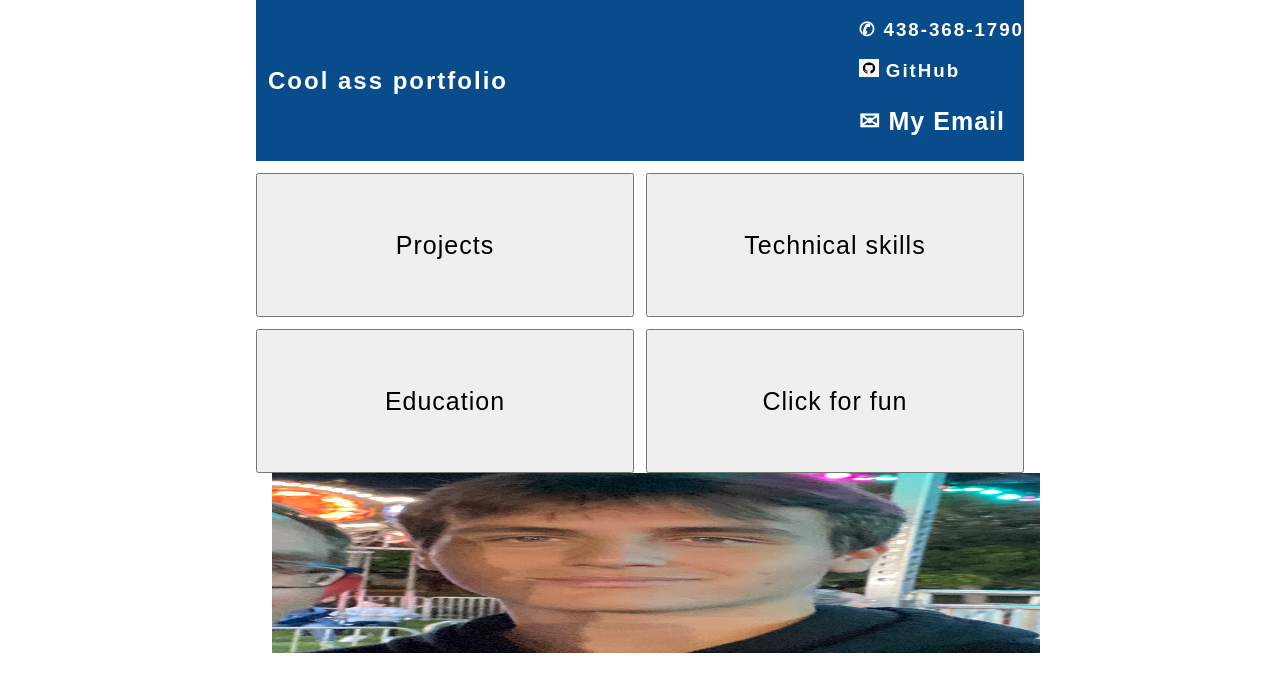
Repository: zackaroo20/zackaroo20
Page: index.html
An editor plug-in stored every save of this project. The page is shown before and after the next save, followed by the edit.
The browser window is 1280 px wide. The pictures show the whole page.

Above is the page before, as saved 2026-05-13 11:18:48.

After the next save:
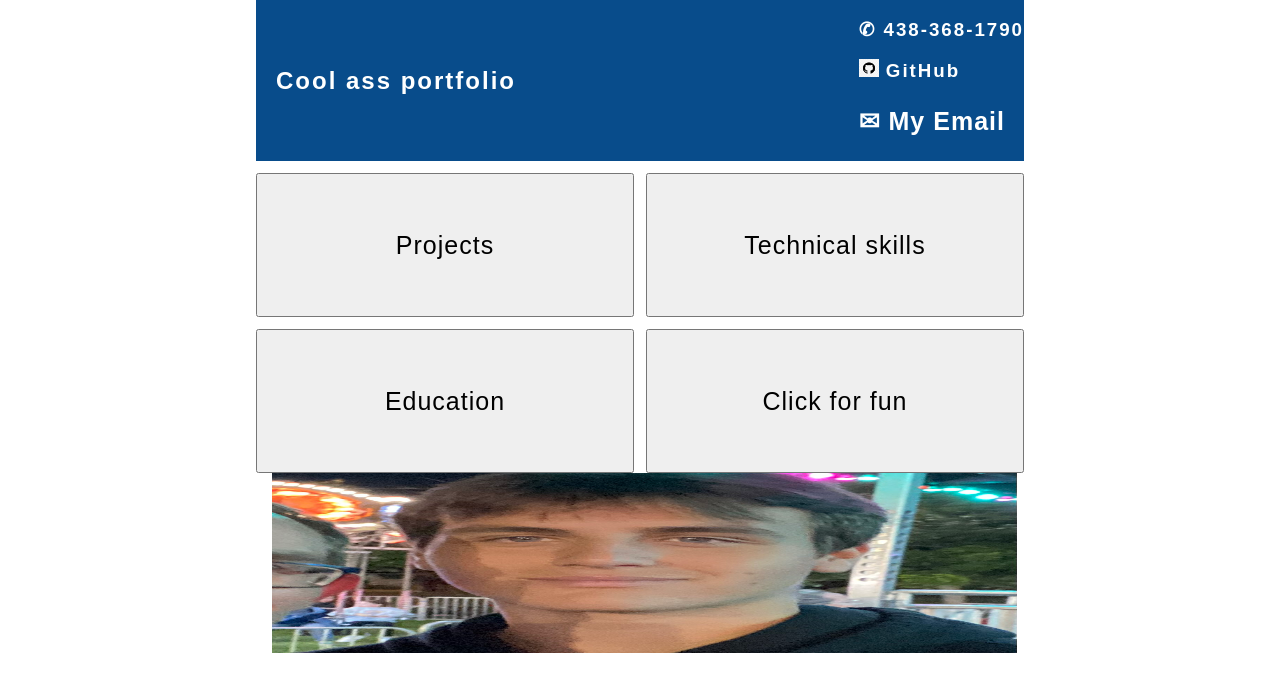
Saved 87 s later.
--- a/styles/index.css
+++ b/styles/index.css
@@ -2,12 +2,11 @@
   size: A4;
 }
 @media screen and (min-width: 700px) {
-  body, #my-face {
-
+  body,
+  #my-face {
     max-width: 768px;
     margin: 0 auto;
     padding: 0 1rem;
-
   }
 }
 
@@ -25,7 +24,7 @@ header {
   display: flex;
 
   justify-content: center;
-  margin-left: 12px;
+  margin-left: 20px;
 }
 p {
   font-family: Arial, Helvetica, sans-serif;
@@ -57,7 +56,8 @@ button {
   width: 100%;
   margin: 0 auto;
 }
-#my-face{
-    width: 100%;
-    height: 25vh;
+#my-face {
+  width: 97%;
+  height: 25vh;
+  margin: 0 auto;
 }
